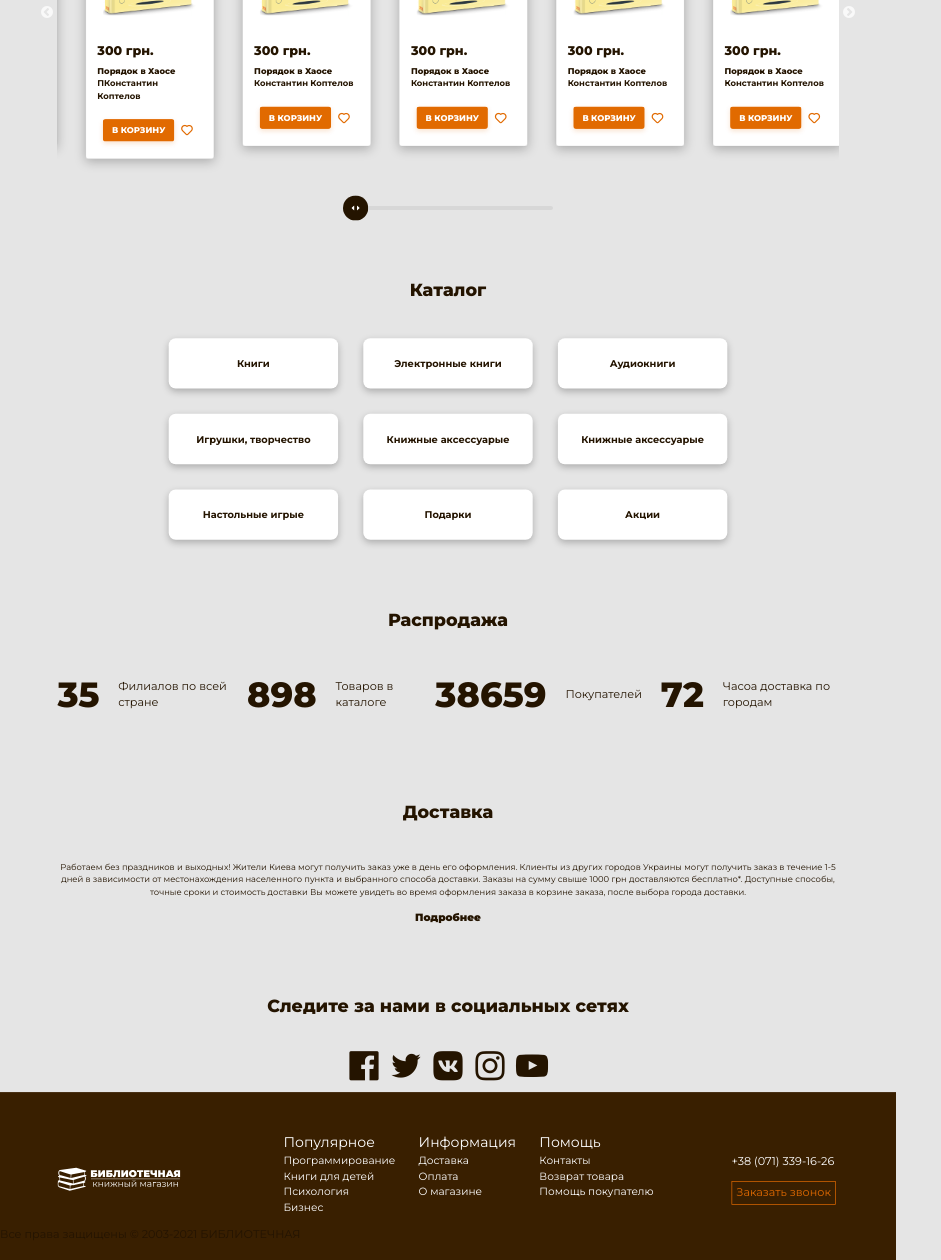
Repository: saidabbasun/Kutubxona
Page: /
These files come from the project's save history. The page is drawn as it stood at one moment and after the next save; the edit follows.
The browser window is 1280 px wide. The page is 1344 px wide, so the pictures cover 1344 px, including what lies to the right of the window. The pictures show the part of the page from y = 1853 to 3693 px (the page is 3653 px tall before and 3693 px after), at 70% of full size.
The project was rebuilt for these pictures with package versions that can differ from the ones it lists, and the page was loaded fresh each time.

Above is the page before, as saved 2022-05-30 19:26:26.

### public/index.html
<!DOCTYPE html>
<html lang="en">
  <head>
    <meta charset="utf-8" />
    <link rel="icon" href="%PUBLIC_URL%/favicon.ico" />
    <meta name="viewport" content="width=device-width, initial-scale=1" />
    <meta name="theme-color" content="#000000" />

    <meta
      name="description"
      content="Web site created using create-react-app"
    />
    <link rel="stylesheet" href="https://unicons.iconscout.com/release/v4.0.0/css/line.css">
    <link href="https://cdn.jsdelivr.net/npm/bootstrap@5.0.2/dist/css/bootstrap.min.css" rel="stylesheet" integrity="sha384-EVSTQN3/azprG1Anm3QDgpJLIm9Nao0Yz1ztcQTwFspd3yD65VohhpuuCOmLASjC" crossorigin="anonymous">
    <title>React App</title>
  </head>
  <body>
    <noscript>You need to enable JavaScript to run this app.</noscript>
    <div id="root"></div>
    <script src="https://cdn.jsdelivr.net/npm/bootstrap@5.0.2/dist/js/bootstrap.bundle.min.js" integrity="sha384-MrcW6ZMFYlzcLA8Nl+NtUVF0sA7MsXsP1UyJoMp4YLEuNSfAP+JcXn/tWtIaxVXM" crossorigin="anonymous"></script>
    <script src="https://cdn.jsdelivr.net/npm/@popperjs/core@2.9.2/dist/umd/popper.min.js" integrity="sha384-IQsoLXl5PILFhosVNubq5LC7Qb9DXgDA9i+tQ8Zj3iwWAwPtgFTxbJ8NT4GN1R8p" crossorigin="anonymous"></script>
    <script src="https://cdn.jsdelivr.net/npm/bootstrap@5.0.2/dist/js/bootstrap.min.js" integrity="sha384-cVKIPhGWiC2Al4u+LWgxfKTRIcfu0JTxR+EQDz/bgldoEyl4H0zUF0QKbrJ0EcQF" crossorigin="anonymous"></script>
  </body>
</html>

### src/Components/Home/Home.jsx
import React from 'react'
import Header from './Header'
import Slider from '../../assets/img/Слайдер.png'
import '../../Style/Home/Home.scss';
const Home = () => {
  return (
    <div >
      <Header/>
      <div className="  container aktsiya row" id='Aktsiya'  >

        <div className="col-5">
  <div className="card-body ">
    <h1 className="card-title ">Киниги от  А до Я</h1>
    <p className="card-text">В нашем магазине можно найти книгу на любой вкус. Большой ассортимент. Приятные цены. Интересные сюжеты.</p>
    <a href="#" className="btn btnAksiya">Перейти в каталог</a>

</div>
        </div>
        <div className="col-1"></div>
        <div className="col-6 Slider">
          <img className='Slider' src={Slider} alt="Slider" />
        </div>
      </div>


    </div>
  )
}

export default Home;

### src/Components/Home/Catagory.jsx
import "../../Style/Home/Catagory.scss";

import React from 'react'

import Carusel from "./Carusel";

const Catagory = () => {
  return (
    <div>
       <div className="mt-5 container-xl" id="Catagory">
          <nav class="navbar navbar-expand-xl navbar-light  d-flex align-items-center ">
            <a class="navbar-brand fw-bold">Горячие поступления </a>

            <ul class="navbar-nav mr-auto">
              <li class="nav-item active">
                <a class="nav-link" href="#">
                  Фантастика
                </a>
              </li>
              <li class="nav-item">
                <a class="nav-link" href="#">
                  Саморазвитие
                </a>
              </li>
              <li class="nav-item">
                <a class="nav-link" href="#">
                  Детективы
                </a>
              </li>
              <li class="nav-item active">
                <a class="nav-link" href="#">
                  Детские
                </a>
              </li>
              <li class="nav-item">
                <a class="nav-link" href="#">
                  Аудиокниги
                </a>
              </li>
              <li class="nav-item">
                <a class="nav-link" href="#">
                  Другие
                </a>
              </li>
            </ul>
          </nav>
          <div className="cardWrapper">
          <Carusel/>
          </div>
          </div>
    </div>
  )
}

export default Catagory

### src/Style/Globl/_globl.scss
@import './variable';
@import './font-face.scss';
@import './Media.scss';

*{
    box-sizing: border-box;
    margin: 0;
    padding: 0;
    color: $color_text  ;
    list-style: none;
}
body{
    font-family: Montserrat;
    background: $color_bg;
    color: $color_text;
}
textarea:hover,
input:hover,
textarea:active,
input:active,
textarea:focus,
input:focus,
button:focus,
button:active,
button:hover,
label:focus,
.btn:active,
.btn.active
{
    outline:0px !important;
    -webkit-appearance:none;
    box-shadow: none !important;
}
.container{
    width: 80vw;
    margin: 0 auto;
}
i{
    cursor: pointer;
}

### src/Components/Aktsiya/Aktsiya.jsx
import React from 'react'
import '../../Style/Aktsiya/Aktsiya.scss'
import Carusel from '../Home/Carusel'
const Aktsiya = () => {
  return (
    <div>
        <div className="container-xl pt-5 mt-5" id='Aksiya'>
         <div className="title">
             <p>Распродажа</p>
         </div>
         <Carusel/>

        </div>
    </div>
  )
}

export default Aktsiya

### src/Components/Ctalog/Catalog.jsx
import React from 'react'
  import '../../Style/Catalog/Catalog.scss';
const Catalog = () => {

 const  listItem=['Книги','Электронные книги','Аудиокниги','Игрушки, творчество','Книжные аксессуарые','Книжные аксессуарые','Настольные игрые','Подарки','Акции']
  return (
    <div className=' container-xl  mt-5' id='Katalog'>
        <div className="title   pt-5">
            <p>Каталог</p>
        </div>
        <div className="CatalogWrapper" >
          {listItem.map((text,ind)=>(

      <button key={ind} className='Button '><a className='btnText' href="#">{text}</a></button>



          ))}
          </div>
        </div>

  )
}

export default Catalog

### src/Components/About/About.jsx
import React from 'react'
import '../../Style/About/Abot.scss'
const About = () => {
  return (

           <div className="container-xl pt-5 mt-5" id='About'>
         <div className="title">
             <p>Распродажа</p>
         </div>
         <div className="Wrapper">
             <p className="Namber">
                 35
             </p>
             <p className="Text">
             Филиалов по всей стране
             </p>
             <p className="Namber">
                 898
             </p>
             <p className="Text">
             Товаров в каталоге
             </p>
             <p className="Namber">
                 38659
             </p>
             <p className="Text">
             Покупателей
             </p>
             <p className="Namber">
                 72
             </p>
             <p className="Text">
             Часоа доставка по городам
             </p>
         </div>
    </div>
  )
}

export default About

### src/Components/Dastafka/Dastafka.jsx
import React from 'react'
import '../../Style/Dastafka/Dastafka.scss'
const Dastafka = () => {
  return (
    <div className="container-xl pt-5 mt-5" id='About'>
    <div className="title">
        <p>Доставка</p>
    </div>
    <div className="d_Text">
        <p>Работаем без праздников и выходных! Жители Киева могут получить заказ уже в день его оформления. Клиенты из других городов Украины могут получить заказ в течение 1-5 дней в зависимости от местонахождения населенного пункта и выбранного способа доставки. Заказы на сумму свыше 1000 грн доставляются бесплатно*. Доступные способы, точные сроки и стоимость доставки Вы можете увидеть во время оформления заказа в корзине заказа, после выбора города доставки.


</p>
<a href="#" className='d_link'>Подробнее</a>
    </div>
    </div>
  )
}

export default Dastafka

### src/Components/Blog/Blog.jsx
import '../../Style/Blog/Blog.scss';
import React from 'react'

const Blog = () => {
  return (

         <div className="container-xl pt-5 mt-5" id='About'>
    <div className="title">
        <p>Следите за нами в социальных сетях</p>
    </div>

    <div className="Blog">
        <a href="#"><i class="uil uil-facebook blogIcon "></i></a>
        <a href="#"><i class="uil uil-twitter blogIcon"></i></a>
        <a href="#"><i class="uil uil-vk blogIcon"></i></a>
        <a href="#"><i class="uil uil-instagram blogIcon"></i></a>
        <a href="#"><i class="uil uil-youtube blogIcon"></i></a>
    </div>
 </div>
  )
}

export default Blog

### src/Components/Footer/Footer.jsx
import '../../Style/Footer/Footer.scss';
import React from 'react'
import Logo from '../../assets/icon/FooterLogo.svg'

const Footer = () => {
  return (
    <div className='Footer'>
        <div className="GridItem  container-xl">

       <div>
       <img src={Logo} alt="" />
       </div>

      <div className="List">
        <ul>
            <li>Популярное</li>
            <li> Программирование</li>
            <li>Книги для детей</li>
            <li> Психология</li>
            <li> Бизнес</li>
        </ul>
        <ul>
            <li>Информация</li>
            <li>  Доставка  </li>
            <li> Оплата</li>
            <li>  O магазине</li>

        </ul>
        <ul>
            <li>Помощь</li>
            <li>  Контакты</li>
            <li> Возврат товара</li>
            <li> Помощь покупателю</li>

        </ul>
        </div>
        <div className="Tel">
            <p className="TelNumber">
            +38 (071) 339-16-26
            </p>
            <a href="#"><button className='tel_Btn   '>Заказать звонок</button></a>
        </div>
        </div>
        <div className="Coperaytr">
            <p>Все права защищены © 2003-2021 БИБЛИОТЕЧНАЯ </p>
        </div>
    </div>
  )
}

export default Footer

### src/Components/Home/Header.jsx

import React  from 'react'
import Logo  from '../../assets/icon/Logo.svg'
import Menu from '../../assets/icon/Menu.svg'
import '../../Style/Home/Header.scss'
const Header = () => {
  return (
    <div className='header'>
    <nav className="navbar container-xl justify-content-around navbar-expand-lg navbar-light ">
  <a className="navbar-brand" href="#">
    <img src={Logo} alt="logo" />
  </a>



    <ul className="navbar-nav ">
      <li className="nav-item active">
        <a className="nav-link" href="#">Акции </a>
      </li>
      <li className="nav-item">
        <a className="nav-link" href="#">Каталлог</a>
      </li>
      <li className="nav-item ">
        <a className="nav-link" href="#">Доставка </a>
      </li>
      <li className="nav-item">
        <a className="nav-link" href="#">О магазине</a>
      </li>

      <li className="nav-item">
        <a className="nav-link " href="#">Блог</a>
      </li>
    </ul>

  <form className="  searchForm">
  <i className="uil uil-search"></i>
      <input className="form-control" type="search" placeholder=" Поиск" aria-label="search"/>

    </form>
    <div className='heartCart d-flex  '>
    <i className="uil uil-heart"></i>
    <div className="cart d-flex align-items-center">
    <i className="uil uil-shopping-cart"></i>
    <div className="dropdown">
  <button  className="btn  dropdown-toggle"  id="dropdownMenuButton1" data-bs-toggle="dropdown" aria-expanded="false">
  2 228 грн.  </button>
  <ul className="dropdown-menu" aria-labelledby="dropdownMenuButton1">
    <li><a className="dropdown-item" href="#">2 228 грн.</a></li>
    <li><a className="dropdown-item" href="#">3 228 грн.</a></li>
    <li><a className="dropdown-item" href="#"> 228 грн.</a></li>
  </ul>
</div>
</div>

        </div>
        <img className='menu  d-xxl-none ' src={Menu} alt="Menu" />
</nav>
</div>

  )
}

export default Header

### src/Style/Home/Home.scss
@import '../Globl/variable';
#Aktsiya{

   display: flex;
   align-items: center;
   justify-content: center;
   padding-top: 161px;
   padding-bottom:80px ;



.card-title{
    font-family: MontserratBolt;
    font-weight: 900;
font-size: 36px;
font-style: normal;
}

.btn{
    font-family: MontserratBolt;
background-color: $color_HeartCart;
font-weight: 900;
font-size: 15px;
color: $color_white;
}
}

### src/Style/Home/Catagory.scss
@import '../Globl/variable';


    .cardWrapper{
     padding: 50px   0 ;

    }

    .card{

          margin: 20px 0 20px 40px;
    max-width: 184px;
    box-shadow: 0px 4px 15px rgba(0, 0, 0, 0.25);
}
.card-title{
    font-family: MontserratBolt;
    font-weight: 700;
font-size: 18px;
}
.card-text{
    font-weight: 700;
font-size: 12px;
}
.bookName{
    font-family: MontserratBolt;
    font-style: normal;
font-weight: 700;
font-size: 12px;
}
.btn{
    font-family: MontserratBolt;
    background-color:$color_HeartCart ;
    box-shadow: 0px 3px 8px rgba(225, 106, 0, 0.19);
    color: $color_white;
    font-weight: 900;
font-size: 12px;
text-transform: uppercase;
}
i{
    font-size: 20px;
    color: $color_HeartCart;
}

.scrollInput{
  margin-top: 47px;
  width: 100%;
  display: flex;
  justify-content: center;
}


input[type="range"] {
  -moz-appearance: none;
  -webkit-appearance: none;
  background: #D7D7D7;
  border-radius: 3px;
  height: 6px;
  width: 300px;
  cursor: pointer;
}
  input[type="range"]::-webkit-slider-thumb {
    appearance: none;
    -webkit-appearance: none;
    background-color:$color_text;
    background-image: url("data:[embedded picture, 262 characters]");
    background-position: center;
    background-repeat: no-repeat;
    border: 0;
    border-radius: 50%;
    cursor: pointer;
    height: 36px;
    width: 36px;
  }


  input[type="range"]::-moz-focus-outer {
    border: 0;
  }

### src/Style/Globl/_variable.scss
// colorcolor_HeartCart
$color_white:#FFFFFF;
$color_bg:#E5E5E5;
$color_border: rgba(105, 103, 100, 0.59);
$color_HeartCart:#E16A00;
$color_text:#241400;
$color_footer:#391F00;

### src/Style/Globl/font-face.scss


@font-face {
    font-family:MontserratBolt ;

    src:  url('../../assets/fontFamily/Montserrat/static/Montserrat-ExtraBold.ttf');
  }
  @font-face {
    font-family:Montserrat ;

    src:  url('../../assets/fontFamily/Montserrat/Montserrat-VariableFont_wght.ttf');
  }

### src/Style/Globl/Media.scss
@import './variable';


// Tablet media query

@media (max-width: 992px) {


    .navbar-nav{
    display: none;


    }
   }

### src/Style/Aktsiya/Aktsiya.scss
.title{
    font-weight: 900;
font-size: 25px;
font-family: MontserratBolt;
text-align: center;
margin-bottom: 50px;
}

### src/Style/Catalog/Catalog.scss
@import '../Globl/variable';

.CatalogWrapper{
    max-width: 798px;
    margin: 0 auto;
    display:grid;
    grid-template-columns:repeat(3,1fr);
    gap: 36px;
}
.Button{
    background:$color_white;
box-shadow: 0px 4px 11px rgba(0, 0, 0, 0.25);
border-radius: 10px;
border: none;
padding: 24px 0;
}
.btnText{
text-decoration: none;
 color: $color_text;
    font-weight: 700;
    font-size: 14px;
}

### src/Style/About/Abot.scss
@import '../Globl/variable';

.Wrapper{
    display: flex;
    align-items: center;
    column-gap: 27px;
    justify-content: center;
}
.Namber{
    font-style: normal;
font-weight: 900;
font-size: 50px;
font-family: MontserratBolt;
}

### src/Style/Dastafka/Dastafka.scss
@import '../Globl/variable';
.d_Text{
    font-style: normal;
font-weight: 400;
font-size: 12px;
display: flex;
flex-direction: column;
align-items: center;
text-align: center;

}
.d_link{
    text-decoration: none;
    color: $color_text;
    font-size: 15px;
    font-weight: 900;
}

### src/Style/Blog/Blog.scss
@import '../Globl/variable';
.blogIcon{

    color: $color_text;
    font-size: 50px;
    padding: 5px;

}
.Blog{
    margin-top: -20px;
    text-align: center;
}

### src/Style/Footer/Footer.scss
@import '../Globl/variable';
.Footer{
    padding: 56px 0 8px;
    background-color: $color_footer;

}
.GridItem{
    display: grid;
    grid-template-columns: repeat(3,auto);

    align-items: center;
}
.List{
    font-style: normal;
font-weight: 400;
font-size: 15px;
    display: grid;
grid-template-columns: repeat(3,auto);
padding: 0 110px;

}
li{
    color: $color_white;
}
.Tel{
    display:grid ;
    grid-column: 10px;

}
.TelNumber{
    color: $color_white;
}
.tel_Btn{
    background-color: transparent;
    border: 1px solid $color_HeartCart;
    color: $color_HeartCart;
    padding: 4px 6px;
}

li:nth-child(1) {
        font-size: 20px;
}

### src/Style/Home/Header.scss
@import '../Globl/variable';

.header{
    position: fixed;
    left: 0;
    right: 0;
    top: 0;
}

.nav-link{
    font-style: normal;
font-weight: 400;
font-size: 12px;
}
.searchForm{
    max-width: 200px;
    display: flex;
    align-items: center;
    border-bottom: 1px solid  $color_border;
    input{
        border: none;
        background: $color_bg;
        font-size: 12px;
    }

    input:focus{
        box-shadow: none;
        background: $color_bg;
    }
}
.heartCart{
gap: 10px;
i{

    color: $color_HeartCart;
    font-size: 40px;

}
}
.dropdown {
    margin-left: -10px;
    button{

        font-size: 14px;
            }
}
.dropdown-menu{
    font-weight: 400;
    font-size: 14px;
    background-color: $color_bg;
}

Loaded but not shown: src/index.js (common file); src/App.js (25 lines, source omitted); src/Components/Home/Carusel.jsx (191 lines, source omitted)

After the next save:
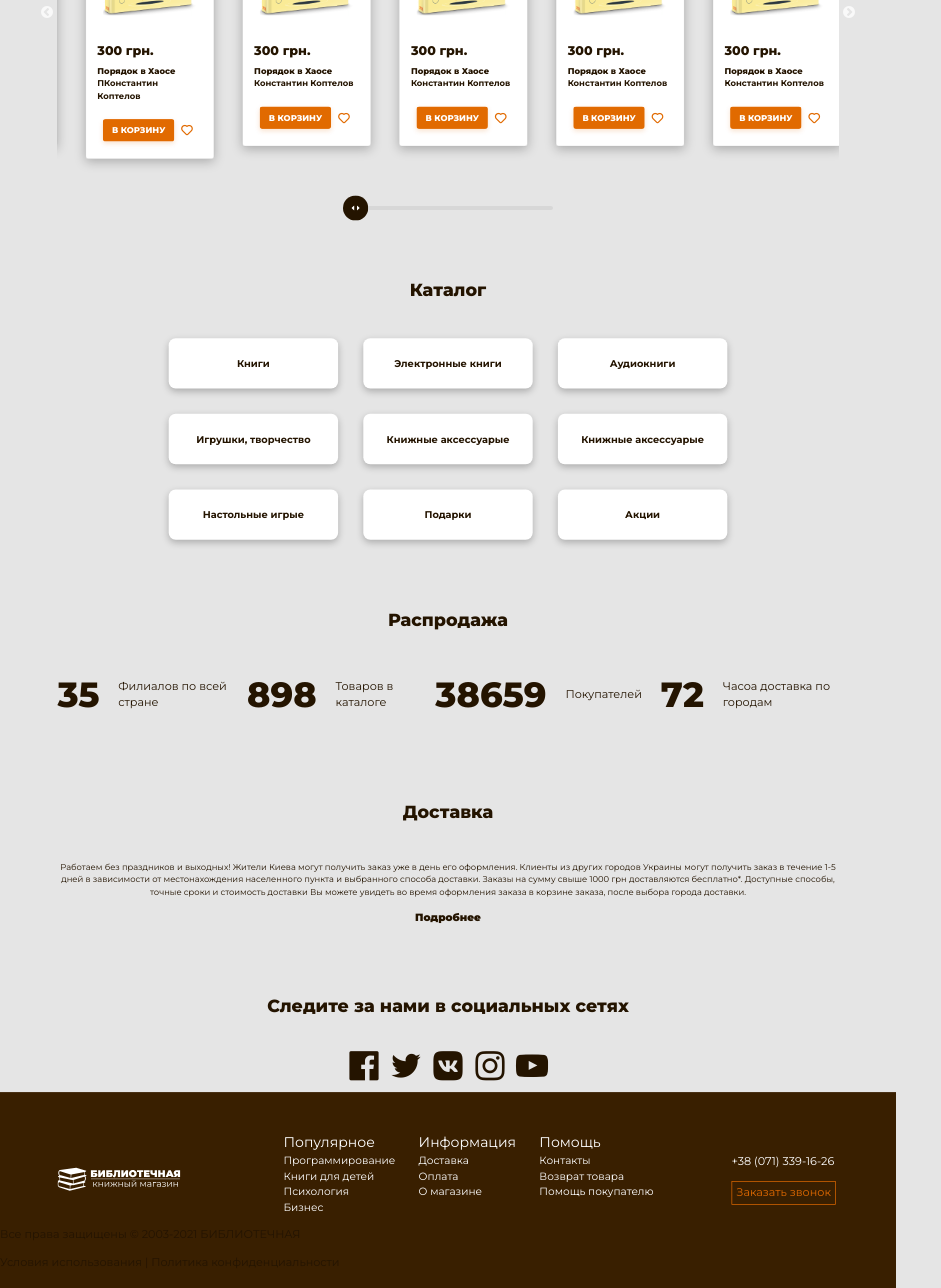
Saved 13 s later.
--- a/src/Components/Footer/Footer.jsx
+++ b/src/Components/Footer/Footer.jsx
@@ -43,6 +43,7 @@ const Footer = () => {
         </div>
         <div className="Coperaytr">
             <p>Все права защищены © 2003-2021 БИБЛИОТЕЧНАЯ </p>
+            <p> Условия использования | Политика конфиденциальности</p>
         </div>
     </div>
   )
